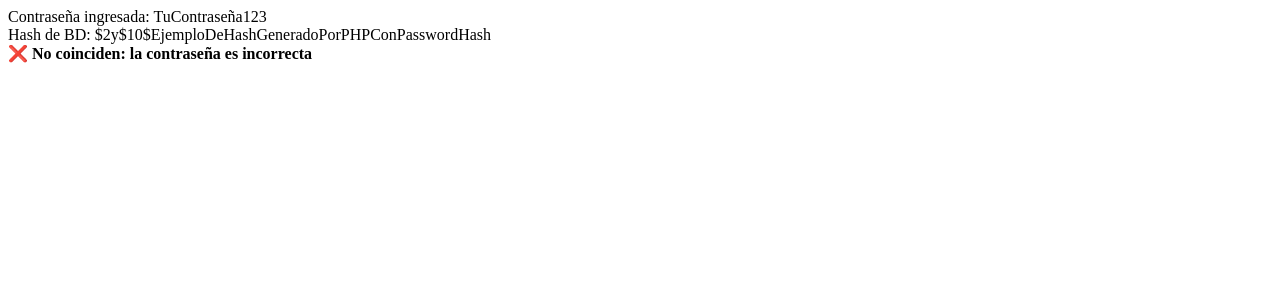
Repository: pilarfolgar/PROYECTO-2025
Page: http://localhost/P/probar_hash.php
These files come from the project's save history. The page is drawn as it stood at one moment and after the next save; the edit follows.
The browser window is 1280 px wide. The pictures show the whole page.
The page is run by PHP 8.4 with error messages shown; the project is at /var/www/html/.

Above is the page before, as saved 2025-10-13 11:26:45.

After the next save:
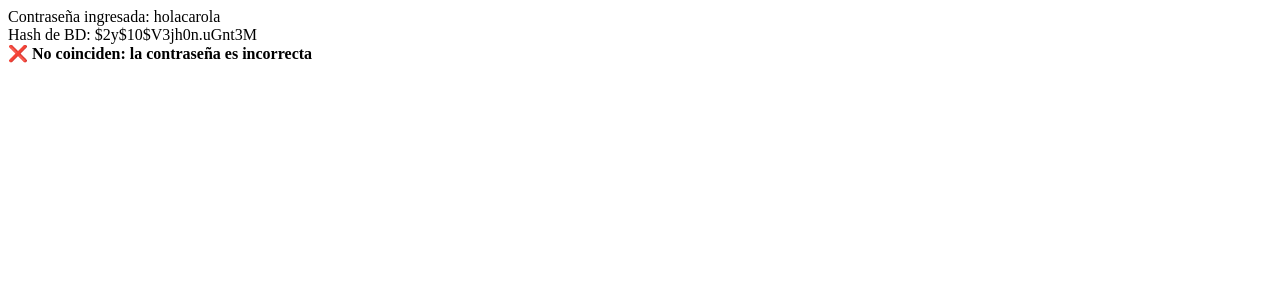
Saved 38 s later.
--- a/probar_hash.php
+++ b/probar_hash.php
@@ -1,9 +1,10 @@
 <?php
 // Pega aquí la contraseña que quieres probar
-$pass_ingresada = 'TuContraseña123';
+$pass_ingresada = 'holacarola';
 
 // Pega aquí el hash de la base de datos (completo, tal cual)
-$hash_bd = '$2y$10$EjemploDeHashGeneradoPorPHPConPasswordHash';
+$hash_bd = '$2y$10$V3jh0n.uGnt3M
+';
 
 echo "Contraseña ingresada: $pass_ingresada<br>";
 echo "Hash de BD: $hash_bd<br>";
